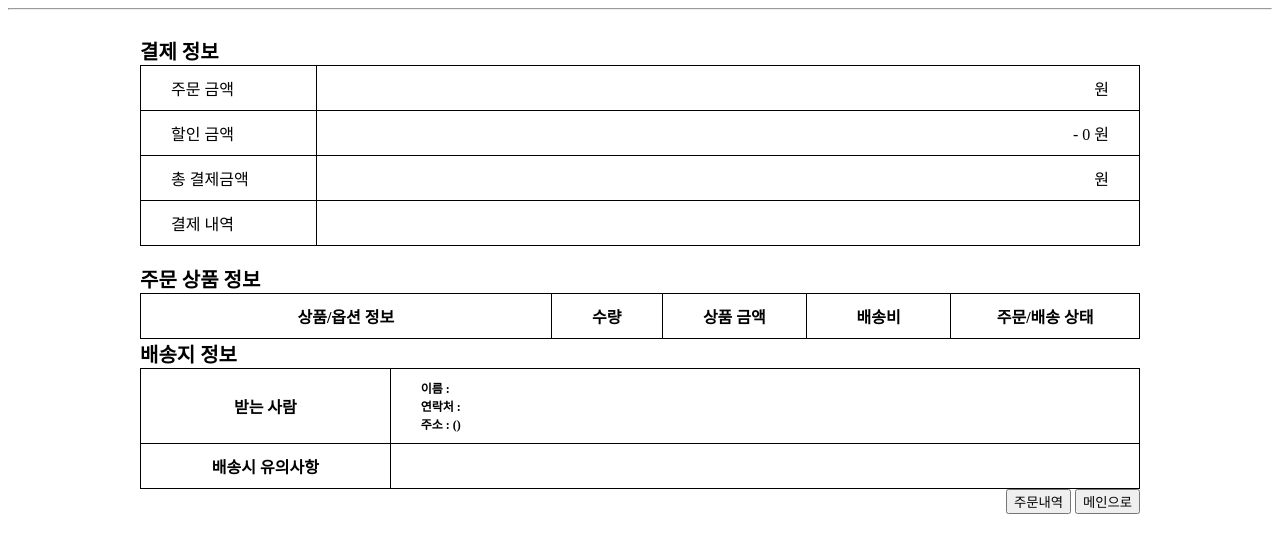
Repository: fellownew/project_workspace
Page: http://localhost/shoppingmall/WEB-INF/view/body/member/member_order_complete.jsp
The author's editor kept a copy of each file at every save. The page is drawn from the files as they stood at one save, then again after the next save.
The browser window is 1280 px wide. The pictures show the whole page.
The page is served by Tomcat 9. Nobody is signed in. The template is opened directly, without the code that normally fills it, so the values that code supplies are empty.

Above is the page before, as saved 2015-06-16 04:26:24.

After the next save:
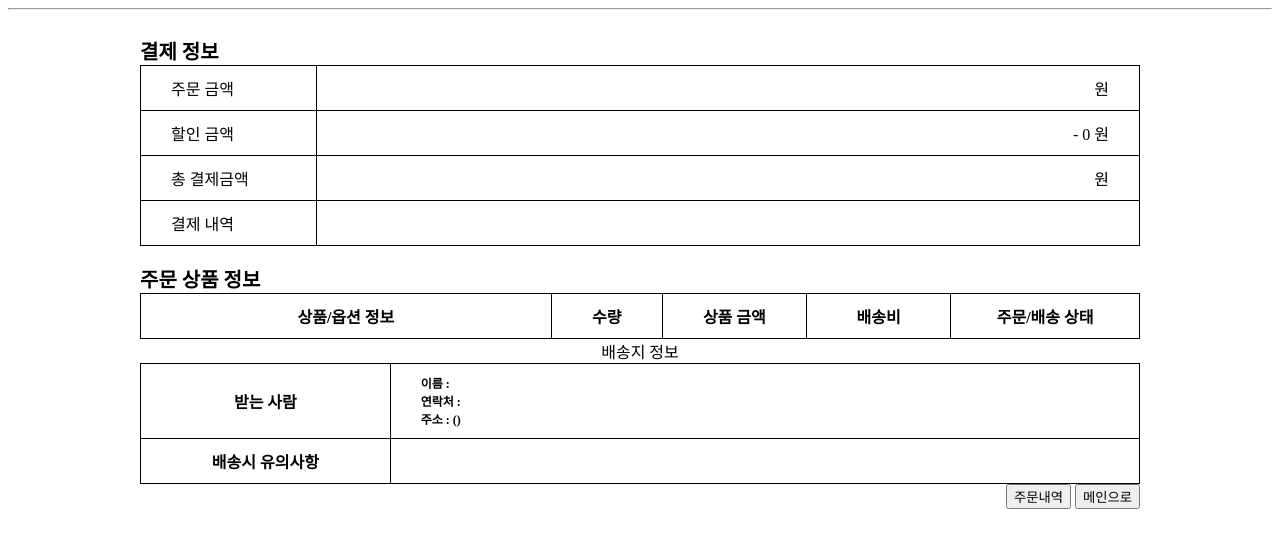
Saved 30 s later.
--- a/shoppingmall/WebContent/WEB-INF/view/body/member/member_order_complete.jsp
+++ b/shoppingmall/WebContent/WEB-INF/view/body/member/member_order_complete.jsp
@@ -132,7 +132,7 @@
 		<col width="25%">
 		<col width="75%">
 		</colgroup>
-		<caption style="text-align:left; font-weight:bold; font-size:20px">배송지 정보</caption>
+		<caption>배송지 정보</caption>
 			<tr>
 				<th style="width:120px; text-align:center" rowspan="1">받는 사람</th>
 				<th style="text-align:left">

After the save that followed:
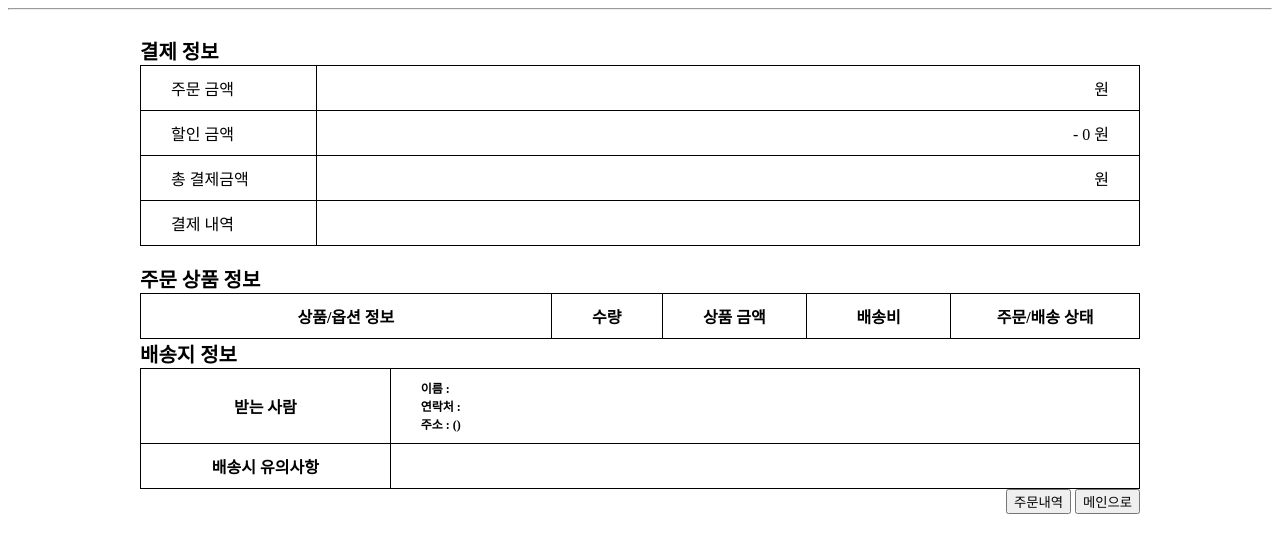
Saved 10 s later.
--- a/shoppingmall/WebContent/WEB-INF/view/body/member/member_order_complete.jsp
+++ b/shoppingmall/WebContent/WEB-INF/view/body/member/member_order_complete.jsp
@@ -132,7 +132,7 @@
 		<col width="25%">
 		<col width="75%">
 		</colgroup>
-		<caption>배송지 정보</caption>
+		<caption style="text-align:left; font-weight:bold; font-size:20px">배송지 정보</caption>
 			<tr>
 				<th style="width:120px; text-align:center" rowspan="1">받는 사람</th>
 				<th style="text-align:left">
